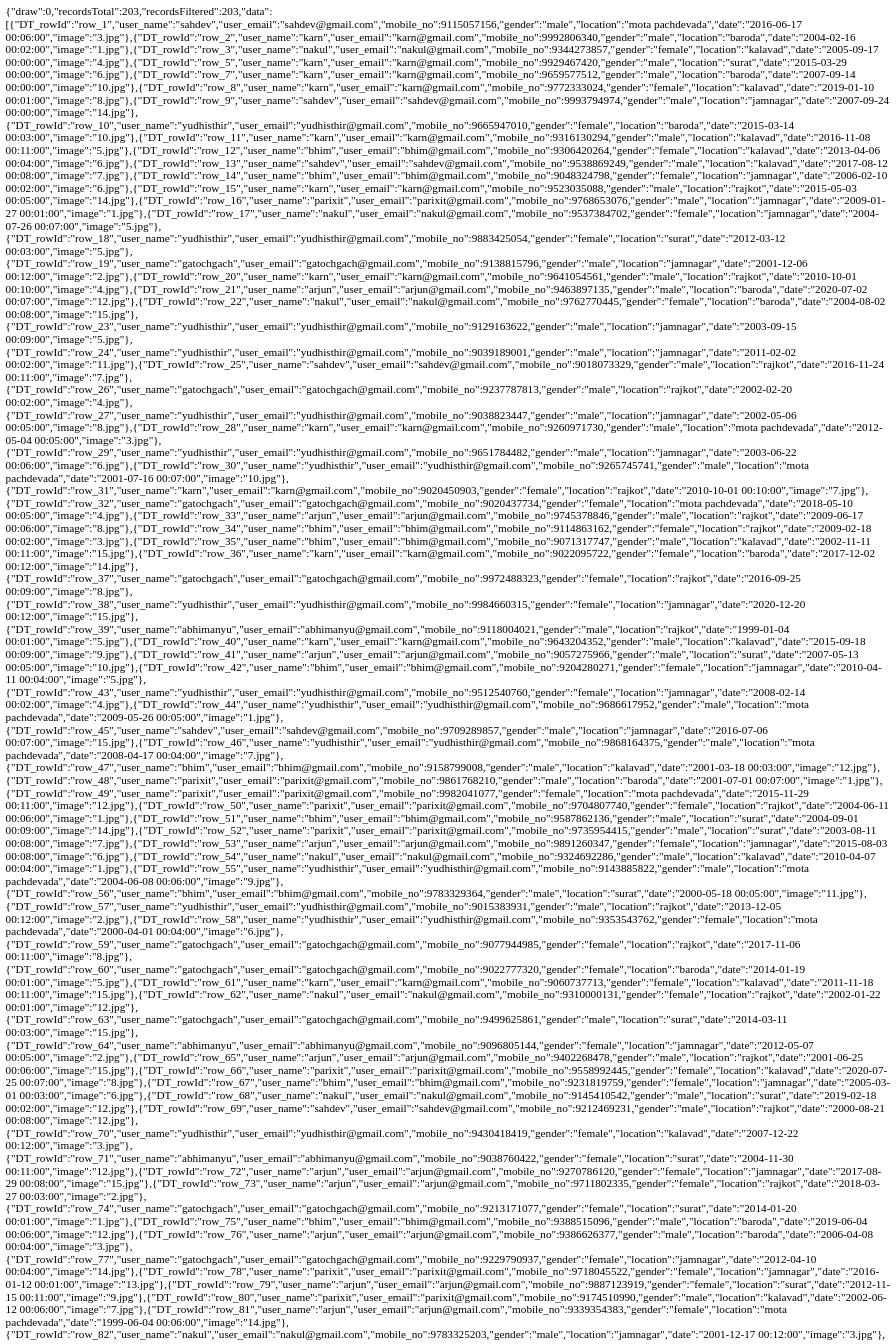
Repository: yatharth-vataliya/the-core-php-js
Page: http://localhost/get_users.php
The author's editor kept a copy of each file at every save. The page is drawn from the files as they stood at one save, then again after the next save.
The browser window is 1280 px wide. The pictures show the part of the page from y = 0 to 1920 px (the page is 4912 px tall before and 6280 px after), at 70% of full size.
The page is run by PHP 8.4 with error messages shown; the project is at /var/www/html/. The database holds what the project's SQL file puts in it.

Above is the page before, as saved 2020-12-26 16:23:52.

### get_users.php
<?php

/*require_once("db.php");

$st = $pdo->prepare("SELECT * FROM users_2");
$st->execute();
$users = $st->fetchAll(PDO::FETCH_OBJ);

$st = $pdo->prepare("SELECT * FROM users_2 LIMIT 10,10");
$st->execute();
$datas = $st->fetchAll(PDO::FETCH_OBJ);

$data = [];

foreach ($datas as $user) {
	$data[] = [
		$user->id,
		$user->user_name,
		$user->user_email,
		$user->mobile_no,
		$user->location,
		$user->date,
	];
}

echo json_encode([
	'draw' =>1,
	'recordsTotal' => count($users),
	'recordsFiltered' => 75,
	'data' => $data
]);
*/

?>

<?php

$table = 'users_2';

// Table's primary key
$primaryKey = 'id';

// Array of database columns which should be read and sent back to DataTables.
// The `db` parameter represents the column name in the database, while the `dt`
// parameter represents the DataTables column identifier. In this case simple
// indexes
$columns = array(
	[ 'db' => 'id', 'dt' => 'DT_rowId', 'formatter' => function($d,$row){ return 'row_'.$d; }],
	[ 'db' => 'user_name', 'dt' => 'user_name' ],
	[ 'db' => 'user_email',  'dt' => 'user_email' ],
	[ 'db' => 'mobile_no',   'dt' => 'mobile_no' ],
	[ 'db' => 'gender', 'dt' => 'gender'],
	[ 'db' => 'location',     'dt' => 'location' ],
	[ 'db' => 'date', 'dt' => 'date'],
	[ 'db' => 'image', 'dt' => 'image'],
);

// SQL server connection information
$sql_details = array(
	'user' => 'root',
	'pass' => 'rootroot',
	'db'   => 'practice',
	'host' => 'localhost'
);

require_once( 'ssp.php' );

echo json_encode(
	SSP::simple( $_GET, $sql_details, $table, $primaryKey, $columns )
);

?>

### practice.sql (the tables this page reads)
CREATE TABLE `users_2` (
  `id` int(11) NOT NULL,
  `user_name` varchar(100) NOT NULL,
  `user_email` varchar(120) NOT NULL,
  `mobile_no` bigint(13) NOT NULL,
  `gender` enum('female','male') NOT NULL DEFAULT 'female',
  `location` varchar(120) NOT NULL,
  `date` datetime NOT NULL,
  `image` text
) ENGINE=InnoDB DEFAULT CHARSET=utf8mb4;

INSERT INTO `users_2` (`id`, `user_name`, `user_email`, `mobile_no`, `gender`, `location`, `date`, `image`) VALUES
(1, 'sahdev', 'sahdev@gmail.com', 9115057156, 'male', 'mota pachdevada', '2016-06-17 00:06:00', '3.jpg'),
(2, 'karn', 'karn@gmail.com', 9992806340, 'male', 'baroda', '2004-02-16 00:02:00', '1.jpg'),
(3, 'nakul', 'nakul@gmail.com', 9344273857, 'female', 'kalavad', '2005-09-17 00:00:00', '4.jpg'),
(5, 'karn', 'karn@gmail.com', 9929467420, 'male', 'surat', '2015-03-29 00:00:00', '6.jpg'),
(7, 'karn', 'karn@gmail.com', 9659577512, 'male', 'baroda', '2007-09-14 00:00:00', '10.jpg'),
(8, 'karn', 'karn@gmail.com', 9772333024, 'female', 'kalavad', '2019-01-10 00:01:00', '8.jpg'),
(9, 'sahdev', 'sahdev@gmail.com', 9993794974, 'male', 'jamnagar', '2007-09-24 00:00:00', '14.jpg'),
(10, 'yudhisthir', 'yudhisthir@gmail.com', 9665947010, 'female', 'baroda', '2015-03-14 00:03:00', '10.jpg'),
(11, 'karn', 'karn@gmail.com', 9316130294, 'male', 'kalavad', '2016-11-08 00:11:00', '5.jpg'),
(12, 'bhim', 'bhim@gmail.com', 9306420264, 'female', 'kalavad', '2013-04-06 00:04:00', '6.jpg'),
(13, 'sahdev', 'sahdev@gmail.com', 9538869249, 'male', 'kalavad', '2017-08-12 00:08:00', '7.jpg'),
(14, 'bhim', 'bhim@gmail.com', 9048324798, 'female', 'jamnagar', '2006-02-10 00:02:00', '6.jpg'),
(15, 'karn', 'karn@gmail.com', 9523035088, 'male', 'rajkot', '2015-05-03 00:05:00', '14.jpg'),
(16, 'parixit', 'parixit@gmail.com', 9768653076, 'male', 'jamnagar', '2009-01-27 00:01:00', '1.jpg'),
(17, 'nakul', 'nakul@gmail.com', 9537384702, 'female', 'jamnagar', '2004-07-26 00:07:00', '5.jpg'),
(18, 'yudhisthir', 'yudhisthir@gmail.com', 9883425054, 'female', 'surat', '2012-03-12 00:03:00', '5.jpg'),
(19, 'gatochgach', 'gatochgach@gmail.com', 9138815796, 'male', 'jamnagar', '2001-12-06 00:12:00', '2.jpg'),
(20, 'karn', 'karn@gmail.com', 9641054561, 'male', 'rajkot', '2010-10-01 00:10:00', '4.jpg'),
(21, 'arjun', 'arjun@gmail.com', 9463897135, 'male', 'baroda', '2020-07-02 00:07:00', '12.jpg'),
(22, 'nakul', 'nakul@gmail.com', 9762770445, 'female', 'baroda', '2004-08-02 00:08:00', '15.jpg'),
(23, 'yudhisthir', 'yudhisthir@gmail.com', 9129163622, 'male', 'jamnagar', '2003-09-15 00:09:00', '5.jpg'),
(24, 'yudhisthir', 'yudhisthir@gmail.com', 9039189001, 'male', 'jamnagar', '2011-02-02 00:02:00', '11.jpg'),
(25, 'sahdev', 'sahdev@gmail.com', 9018073329, 'male', 'rajkot', '2016-11-24 00:11:00', '7.jpg'),
(26, 'gatochgach', 'gatochgach@gmail.com', 9237787813, 'male', 'rajkot', '2002-02-20 00:02:00', '4.jpg'),
(27, 'yudhisthir', 'yudhisthir@gmail.com', 9038823447, 'male', 'jamnagar', '2002-05-06 00:05:00', '8.jpg'),
(28, 'karn', 'karn@gmail.com', 9260971730, 'male', 'mota pachdevada', '2012-05-04 00:05:00', '3.jpg'),
(29, 'yudhisthir', 'yudhisthir@gmail.com', 9651784482, 'male', 'jamnagar', '2003-06-22 00:06:00', '6.jpg'),
(30, 'yudhisthir', 'yudhisthir@gmail.com', 9265745741, 'male', 'mota pachdevada', '2001-07-16 00:07:00', '10.jpg'),
(31, 'karn', 'karn@gmail.com', 9020450903, 'female', 'rajkot', '2010-10-01 00:10:00', '7.jpg'),
(32, 'gatochgach', 'gatochgach@gmail.com', 9020437734, 'female', 'mota pachdevada', '2018-05-10 00:05:00', '4.jpg'),
(33, 'arjun', 'arjun@gmail.com', 9745378846, 'male', 'rajkot', '2009-06-17 00:06:00', '8.jpg'),
(34, 'bhim', 'bhim@gmail.com', 9114863162, 'female', 'rajkot', '2009-02-18 00:02:00', '3.jpg'),
(35, 'bhim', 'bhim@gmail.com', 9071317747, 'male', 'kalavad', '2002-11-11 00:11:00', '15.jpg'),
(36, 'karn', 'karn@gmail.com', 9022095722, 'female', 'baroda', '2017-12-02 00:12:00', '14.jpg'),
(37, 'gatochgach', 'gatochgach@gmail.com', 9972488323, 'female', 'rajkot', '2016-09-25 00:09:00', '8.jpg'),
(38, 'yudhisthir', 'yudhisthir@gmail.com', 9984660315, 'female', 'jamnagar', '2020-12-20 00:12:00', '15.jpg'),
(39, 'abhimanyu', 'abhimanyu@gmail.com', 9118004021, 'male', 'rajkot', '1999-01-04 00:01:00', '5.jpg'),
(40, 'karn', 'karn@gmail.com', 9643204352, 'male', 'kalavad', '2015-09-18 00:09:00', '9.jpg'),
(41, 'arjun', 'arjun@gmail.com', 9057275966, 'male', 'surat', '2007-05-13 00:05:00', '10.jpg'),
(42, 'bhim', 'bhim@gmail.com', 9204280271, 'female', 'jamnagar', '2010-04-11 00:04:00', '5.jpg'),
(43, 'yudhisthir', 'yudhisthir@gmail.com', 9512540760, 'female', 'jamnagar', '2008-02-14 00:02:00', '4.jpg'),
(44, 'yudhisthir', 'yudhisthir@gmail.com', 9686617952, 'male', 'mota pachdevada', '2009-05-26 00:05:00', '1.jpg'),
(45, 'sahdev', 'sahdev@gmail.com', 9709289857, 'male', 'jamnagar', '2016-07-06 00:07:00', '15.jpg'),
(46, 'yudhisthir', 'yudhisthir@gmail.com', 9868164375, 'male', 'mota pachdevada', '2008-04-17 00:04:00', '7.jpg'),
(47, 'bhim', 'bhim@gmail.com', 9158799008, 'male', 'kalavad', '2001-03-18 00:03:00', '12.jpg'),
(48, 'parixit', 'parixit@gmail.com', 9861768210, 'male', 'baroda', '2001-07-01 00:07:00', '1.jpg'),
(49, 'parixit', 'parixit@gmail.com', 9982041077, 'female', 'mota pachdevada', '2015-11-29 00:11:00', '12.jpg'),
(50, 'parixit', 'parixit@gmail.com', 9704807740, 'female', 'rajkot', '2004-06-11 00:06:00', '1.jpg'),
(51, 'bhim', 'bhim@gmail.com', 9587862136, 'male', 'surat', '2004-09-01 00:09:00', '14.jpg'),
(52, 'parixit', 'parixit@gmail.com', 9735954415, 'male', 'surat', '2003-08-11 00:08:00', '7.jpg'),
(53, 'arjun', 'arjun@gmail.com', 9891260347, 'female', 'jamnagar', '2015-08-03 00:08:00', '6.jpg'),
(54, 'nakul', 'nakul@gmail.com', 9324692286, 'male', 'kalavad', '2010-04-07 00:04:00', '1.jpg'),
(55, 'yudhisthir', 'yudhisthir@gmail.com', 9143885822, 'male', 'mota pachdevada', '2004-06-08 00:06:00', '9.jpg'),
(56, 'bhim', 'bhim@gmail.com', 9783329364, 'male', 'surat', '2000-05-18 00:05:00', '11.jpg'),
(57, 'yudhisthir', 'yudhisthir@gmail.com', 9015383931, 'male', 'rajkot', '2013-12-05 00:12:00', '2.jpg'),
(58, 'yudhisthir', 'yudhisthir@gmail.com', 9353543762, 'female', 'mota pachdevada', '2000-04-01 00:04:00', '6.jpg'),
(59, 'gatochgach', 'gatochgach@gmail.com', 9077944985, 'female', 'rajkot', '2017-11-06 00:11:00', '8.jpg'),
(60, 'gatochgach', 'gatochgach@gmail.com', 9022777320, 'female', 'baroda', '2014-01-19 00:01:00', '5.jpg'),
(61, 'karn', 'karn@gmail.com', 9060737713, 'female', 'kalavad', '2011-11-18 00:11:00', '15.jpg'),
(62, 'nakul', 'nakul@gmail.com', 9310000131, 'female', 'rajkot', '2002-01-22 00:01:00', '12.jpg'),
(63, 'gatochgach', 'gatochgach@gmail.com', 9499625861, 'male', 'surat', '2014-03-11 00:03:00', '15.jpg'),
(64, 'abhimanyu', 'abhimanyu@gmail.com', 9096805144, 'female', 'jamnagar', '2012-05-07 00:05:00', '2.jpg'),
(65, 'arjun', 'arjun@gmail.com', 9402268478, 'male', 'rajkot', '2001-06-25 00:06:00', '15.jpg'),
(66, 'parixit', 'parixit@gmail.com', 9558992445, 'female', 'kalavad', '2020-07-25 00:07:00', '8.jpg'),
(67, 'bhim', 'bhim@gmail.com', 9231819759, 'female', 'jamnagar', '2005-03-01 00:03:00', '6.jpg'),
(68, 'nakul', 'nakul@gmail.com', 9145410542, 'male', 'surat', '2019-02-18 00:02:00', '12.jpg'),
(69, 'sahdev', 'sahdev@gmail.com', 9212469231, 'male', 'rajkot', '2000-08-21 00:08:00', '12.jpg'),
(70, 'yudhisthir', 'yudhisthir@gmail.com', 9430418419, 'female', 'kalavad', '2007-12-22 00:12:00', '3.jpg'),
(71, 'abhimanyu', 'abhimanyu@gmail.com', 9038760422, 'female', 'surat', '2004-11-30 00:11:00', '12.jpg'),
(72, 'arjun', 'arjun@gmail.com', 9270786120, 'female', 'jamnagar', '2017-08-29 00:08:00', '15.jpg'),
(73, 'arjun', 'arjun@gmail.com', 9711802335, 'female', 'rajkot', '2018-03-27 00:03:00', '2.jpg'),
(74, 'gatochgach', 'gatochgach@gmail.com', 9213171077, 'female', 'surat', '2014-01-20 00:01:00', '1.jpg'),
(75, 'bhim', 'bhim@gmail.com', 9388515096, 'male', 'baroda', '2019-06-04 00:06:00', '12.jpg'),
(76, 'arjun', 'arjun@gmail.com', 9386626377, 'male', 'baroda', '2006-04-08 00:04:00', '3.jpg'),
(77, 'gatochgach', 'gatochgach@gmail.com', 9229790937, 'female', 'jamnagar', '2012-04-10 00:04:00', '14.jpg'),
(78, 'parixit', 'parixit@gmail.com', 9718045522, 'female', 'jamnagar', '2016-01-12 00:01:00', '13.jpg'),
(79, 'arjun', 'arjun@gmail.com', 9887123919, 'female', 'surat', '2012-11-15 00:11:00', '9.jpg'),
(80, 'parixit', 'parixit@gmail.com', 9174510990, 'male', 'kalavad', '2002-06-12 00:06:00', '7.jpg'),
(81, 'arjun', 'arjun@gmail.com', 9339354383, 'female', 'mota pachdevada', '1999-06-04 00:06:00', '14.jpg'),
(82, 'nakul', 'nakul@gmail.com', 9783325203, 'male', 'jamnagar', '2001-12-17 00:12:00', '3.jpg'),
(83, 'parixit', 'parixit@gmail.com', 9386794283, 'male', 'mota pachdevada', '2016-06-13 00:06:00', '6.jpg'),
(84, 'nakul', 'nakul@gmail.com', 9861659132, 'female', 'surat', '2020-05-28 00:05:00', '4.jpg'),
(85, 'yudhisthir', 'yudhisthir@gmail.com', 9338953421, 'male', 'kalavad', '2006-06-02 00:06:00', '10.jpg'),
(86, 'yudhisthir', 'yudhisthir@gmail.com', 9866328201, 'female', 'surat', '2000-02-22 00:02:00', '8.jpg'),
(87, 'arjun', 'arjun@gmail.com', 9279521315, 'male', 'mota pachdevada', '2011-06-12 00:06:00', '11.jpg'),
(88, 'arjun', 'arjun@gmail.com', 9873685186, 'female', 'surat', '2015-10-01 00:10:00', '12.jpg'),
(89, 'sahdev', 'sahdev@gmail.com', 9585928414, 'male', 'surat', '2004-09-06 00:09:00', '11.jpg'),
(90, 'gatochgach', 'gatochgach@gmail.com', 9163403255, 'female', 'rajkot', '2009-04-07 00:04:00', '5.jpg'),
(91, 'bhim', 'bhim@gmail.com', 9132072435, 'female', 'baroda', '2017-11-19 00:11:00', '9.jpg'),
(92, 'arjun', 'arjun@gmail.com', 9332361055, 'male', 'rajkot', '2017-10-10 00:10:00', '15.jpg'),
(93, 'gatochgach', 'gatochgach@gmail.com', 9496170507, 'male', 'rajkot', '2016-01-11 00:01:00', '9.jpg'),
(94, 'sahdev', 'sahdev@gmail.com', 9256230907, 'female', 'baroda', '2003-11-17 00:11:00', '2.jpg'),
(95, 'karn', 'karn@gmail.com', 9538359375, 'male', 'mota pachdevada', '2012-02-13 00:02:00', '8.jpg'),
(96, 'yudhisthir', 'yudhisthir@gmail.com', 9432746121, 'female', 'mota pachdevada', '2005-10-12 00:10:00', '3.jpg'),
(97, 'parixit', 'parixit@gmail.com', 9497247627, 'female', 'surat', '2013-03-01 00:03:00', '5.jpg'),
(98, 'yudhisthir', 'yudhisthir@gmail.com', 9180906130, 'female', 'rajkot', '2018-11-10 00:11:00', '1.jpg'),
(99, 'gatochgach', 'gatochgach@gmail.com', 9902945870, 'male', 'rajkot', '2004-01-14 00:01:00', '3.jpg'),
(100, 'sahdev', 'sahdev@gmail.com', 9027382562, 'male', 'jamnagar', '2017-09-11 00:09:00', '15.jpg'),
(101, 'arjun', 'arjun@gmail.com', 9337038955, 'female', 'jamnagar', '2016-10-21 00:10:00', '5.jpg'),
(102, 'bhim', 'bhim@gmail.com', 9363987729, 'male', 'jamnagar', '2012-08-16 00:08:00', '6.jpg'),
(103, 'abhimanyu', 'abhimanyu@gmail.com', 9262634013, 'male', 'surat', '2019-09-26 00:09:00', '2.jpg'),
(104, 'abhimanyu', 'abhimanyu@gmail.com', 9518821840, 'male', 'surat', '2009-06-23 00:06:00', '5.jpg'),
(105, 'gatochgach', 'gatochgach@gmail.com', 9698635400, 'female', 'baroda', '2008-12-05 00:12:00', '13.jpg'),
(106, 'sahdev', 'sahdev@gmail.com', 9973561941, 'male', 'jamnagar', '2007-05-14 00:05:00', '5.jpg'),
(107, 'arjun', 'arjun@gmail.com', 9536190847, 'female', 'jamnagar', '2001-08-24 00:08:00', '5.jpg'),
(108, 'parixit', 'parixit@gmail.com', 9473090249, 'female', 'jamnagar', '1999-12-01 00:12:00', '9.jpg'),
(109, 'yudhisthir', 'yudhisthir@gmail.com', 9832856775, 'male', 'mota pachdevada', '2000-10-21 00:10:00', '13.jpg'),
(110, 'bhim', 'bhim@gmail.com', 9749605251, 'female', 'surat', '2002-04-05 00:04:00', '14.jpg'),
(111, 'sahdev', 'sahdev@gmail.com', 9037838229, 'male', 'baroda', '2020-06-19 00:06:00', '14.jpg'),
(112, 'nakul', 'nakul@gmail.com', 9486117460, 'male', 'jamnagar', '2011-08-03 00:08:00', '14.jpg'),
(113, 'nakul', 'nakul@gmail.com', 9624660911, 'female', 'mota pachdevada', '2006-09-29 00:09:00', '9.jpg'),
(114, 'sahdev', 'sahdev@gmail.com', 9798281459, 'male', 'rajkot', '2001-02-05 00:02:00', '6.jpg'),
(115, 'gatochgach', 'gatochgach@gmail.com', 9355552779, 'female', 'baroda', '1999-07-19 00:07:00', '4.jpg'),
(116, 'sahdev', 'sahdev@gmail.com', 9271026354, 'male', 'surat', '2015-03-10 00:03:00', '15.jpg'),
(117, 'arjun', 'arjun@gmail.com', 9366819230, 'female', 'rajkot', '2004-11-06 00:11:00', '2.jpg'),
(118, 'karn', 'karn@gmail.com', 9793608862, 'female', 'rajkot', '2003-06-10 00:06:00', '1.jpg'),
(119, 'yudhisthir', 'yudhisthir@gmail.com', 9957255778, 'female', 'surat', '2013-04-21 00:04:00', '3.jpg'),
(120, 'karn', 'karn@gmail.com', 9310542645, 'male', 'rajkot', '2013-12-01 00:12:00', '11.jpg'),
(121, 'gatochgach', 'gatochgach@gmail.com', 9097981116, 'male', 'jamnagar', '1999-03-07 00:03:00', '9.jpg'),
(122, 'karn', 'karn@gmail.com', 9757012489, 'male', 'mota pachdevada', '2001-11-13 00:11:00', '7.jpg'),
(123, 'abhimanyu', 'abhimanyu@gmail.com', 9816965519, 'female', 'mota pachdevada', '2011-04-18 00:04:00', '3.jpg'),
(124, 'gatochgach', 'gatochgach@gmail.com', 9175477213, 'male', 'kalavad', '2000-11-20 00:11:00', '14.jpg'),
(125, 'sahdev', 'sahdev@gmail.com', 9651442210, 'female', 'baroda', '2008-04-25 00:04:00', '7.jpg'),
(126, 'nakul', 'nakul@gmail.com', 9334333710, 'male', 'rajkot', '2007-05-08 00:05:00', '8.jpg'),
(127, 'abhimanyu', 'abhimanyu@gmail.com', 9529622882, 'male', 'mota pachdevada', '2006-05-19 00:05:00', '3.jpg'),
(128, 'nakul', 'nakul@gmail.com', 9365727763, 'male', 'kalavad', '2013-07-12 00:07:00', '8.jpg'),
(129, 'nakul', 'nakul@gmail.com', 9275783592, 'female', 'rajkot', '2017-01-09 00:01:00', '15.jpg'),
(130, 'bhim', 'bhim@gmail.com', 9434094752, 'male', 'surat', '2004-11-09 00:11:00', '5.jpg'),
(131, 'bhim', 'bhim@gmail.com', 9648474547, 'female', 'surat', '2019-02-11 00:02:00', '6.jpg'),
(132, 'bhim', 'bhim@gmail.com', 9002117943, 'male', 'rajkot', '2010-06-11 00:06:00', '1.jpg'),
(133, 'yudhisthir', 'yudhisthir@gmail.com', 9503039086, 'male', 'surat', '2010-11-16 00:11:00', '2.jpg'),
(134, 'karn', 'karn@gmail.com', 9911803794, 'female', 'baroda', '2012-11-28 00:11:00', '4.jpg'),
(135, 'karn', 'karn@gmail.com', 9348799571, 'male', 'baroda', '2008-02-18 00:02:00', '12.jpg'),
(136, 'bhim', 'bhim@gmail.com', 9954722027, 'male', 'kalavad', '2011-11-21 00:11:00', '12.jpg'),
(137, 'arjun', 'arjun@gmail.com', 9471003881, 'female', 'mota pachdevada', '2001-06-13 00:06:00', '15.jpg'),
(138, 'sahdev', 'sahdev@gmail.com', 9635136780, 'female', 'rajkot', '2005-02-23 00:02:00', '2.jpg'),
(139, 'nakul', 'nakul@gmail.com', 9930092869, 'female', 'surat', '2006-02-02 00:02:00', '6.jpg'),
(140, 'bhim', 'bhim@gmail.com', 9420822771, 'female', 'rajkot', '2011-11-21 00:11:00', '14.jpg'),
(141, 'gatochgach', 'gatochgach@gmail.com', 9952963007, 'female', 'jamnagar', '2004-03-25 00:03:00', '7.jpg'),
(142, 'gatochgach', 'gatochgach@gmail.com', 9458167258, 'female', 'surat', '1999-05-19 00:05:00', '12.jpg'),
(143, 'parixit', 'parixit@gmail.com', 9791237962, 'female', 'surat', '2005-07-12 00:07:00', '8.jpg'),
(144, 'sahdev', 'sahdev@gmail.com', 9957086058, 'male', 'jamnagar', '2002-04-23 00:04:00', '11.jpg'),
(145, 'karn', 'karn@gmail.com', 9906279759, 'male', 'baroda', '2010-02-27 00:02:00', '5.jpg'),
(146, 'parixit', 'parixit@gmail.com', 9751842882, 'male', 'mota pachdevada', '2019-09-03 00:09:00', '8.jpg'),
(147, 'abhimanyu', 'abhimanyu@gmail.com', 9001100314, 'male', 'kalavad', '2016-10-27 00:10:00', '8.jpg'),
(148, 'bhim', 'bhim@gmail.com', 9735438268, 'male', 'rajkot', '2019-11-21 00:11:00', '3.jpg'),
(149, 'gatochgach', 'gatochgach@gmail.com', 9576347760, 'male', 'rajkot', '2016-05-30 00:05:00', '6.jpg'),
(150, 'gatochgach', 'gatochgach@gmail.com', 9133969894, 'male', 'baroda', '2005-01-09 00:01:00', '11.jpg'),
(151, 'yudhisthir', 'yudhisthir@gmail.com', 9295759652, 'female', 'jamnagar', '2018-11-30 00:11:00', '7.jpg'),
(152, 'nakul', 'nakul@gmail.com', 9124497586, 'female', 'surat', '2003-11-25 00:11:00', '4.jpg'),
(153, 'yudhisthir', 'yudhisthir@gmail.com', 9403446845, 'male', 'surat', '2000-03-07 00:03:00', '5.jpg'),
(154, 'parixit', 'parixit@gmail.com', 9951090321, 'female', 'baroda', '2011-02-23 00:02:00', '7.jpg'),
(155, 'gatochgach', 'gatochgach@gmail.com', 9285516035, 'female', 'kalavad', '2010-08-30 00:08:00', '7.jpg'),
(156, 'sahdev', 'sahdev@gmail.com', 9545762052, 'male', 'jamnagar', '2018-11-09 00:11:00', '10.jpg'),
(157, 'karn', 'karn@gmail.com', 9602505857, 'female', 'kalavad', '2005-07-03 00:07:00', '14.jpg'),
(158, 'abhimanyu', 'abhimanyu@gmail.com', 9241481144, 'female', 'mota pachdevada', '2005-12-20 00:12:00', '4.jpg'),
(159, 'nakul', 'nakul@gmail.com', 9046445503, 'female', 'mota pachdevada', '2000-07-09 00:07:00', '3.jpg'),
(160, 'nakul', 'nakul@gmail.com', 9121933400, 'female', 'surat', '2002-05-08 00:05:00', '11.jpg'),
(161, 'parixit', 'parixit@gmail.com', 9897785471, 'female', 'mota pachdevada', '2012-10-22 00:10:00', '5.jpg'),
(162, 'abhimanyu', 'abhimanyu@gmail.com', 9306917452, 'female', 'jamnagar', '2002-03-22 00:03:00', '13.jpg'),
(163, 'parixit', 'parixit@gmail.com', 9585395625, 'male', 'kalavad', '2003-03-21 00:03:00', '9.jpg'),
(164, 'parixit', 'parixit@gmail.com', 9772524392, 'female', 'baroda', '2005-08-04 00:08:00', '10.jpg'),
(165, 'arjun', 'arjun@gmail.com', 9771720235, 'female', 'surat', '2005-01-08 00:01:00', '5.jpg'),
(166, 'sahdev', 'sahdev@gmail.com', 9027365274, 'male', 'rajkot', '2015-05-26 00:05:00', '1.jpg'),
(167, 'yudhisthir', 'yudhisthir@gmail.com', 9423439027, 'male', 'mota pachdevada', '2002-10-27 00:10:00', '10.jpg'),
(168, 'abhimanyu', 'abhimanyu@gmail.com', 9135687691, 'male', 'kalavad', '2009-11-06 00:11:00', '8.jpg'),
(169, 'arjun', 'arjun@gmail.com', 9608838204, 'male', 'rajkot', '2016-07-01 00:07:00', '1.jpg'),
(170, 'yudhisthir', 'yudhisthir@gmail.com', 9609687318, 'male', 'baroda', '2017-12-16 00:12:00', '3.jpg'),
(171, 'parixit', 'parixit@gmail.com', 9878817479, 'female', 'rajkot', '2008-09-19 00:09:00', '8.jpg'),
(172, 'nakul', 'nakul@gmail.com', 9543424588, 'female', 'kalavad', '2010-05-21 00:05:00', '9.jpg'),
(173, 'sahdev', 'sahdev@gmail.com', 9021166675, 'female', 'surat', '2000-06-05 00:06:00', '14.jpg'),
(174, 'bhim', 'bhim@gmail.com', 9384080964, 'male', 'mota pachdevada', '2012-08-15 00:08:00', '12.jpg'),
(175, 'parixit', 'parixit@gmail.com', 9474146678, 'male', 'rajkot', '2016-01-02 00:01:00', '14.jpg'),
(176, 'nakul', 'nakul@gmail.com', 9964545162, 'male', 'baroda', '2015-12-07 00:12:00', '10.jpg'),
(177, 'arjun', 'arjun@gmail.com', 9497063768, 'male', 'kalavad', '2009-10-29 00:10:00', '2.jpg'),
(178, 'abhimanyu', 'abhimanyu@gmail.com', 9851341734, 'male', 'baroda', '2004-08-15 00:08:00', '6.jpg'),
(179, 'yudhisthir', 'yudhisthir@gmail.com', 9316479217, 'female', 'kalavad', '2005-02-21 00:02:00', '11.jpg'),
(180, 'gatochgach', 'gatochgach@gmail.com', 9618751732, 'male', 'rajkot', '2016-10-15 00:10:00', '11.jpg'),
(181, 'abhimanyu', 'abhimanyu@gmail.com', 9139203624, 'male', 'baroda', '2016-09-08 00:09:00', '6.jpg'),
(182, 'nakul', 'nakul@gmail.com', 9382485497, 'female', 'mota pachdevada', '2000-04-21 00:04:00', '1.jpg'),
(183, 'nakul', 'nakul@gmail.com', 9317182129, 'male', 'mota pachdevada', '2008-06-19 00:06:00', '5.jpg'),
(184, 'sahdev', 'sahdev@gmail.com', 9681051139, 'female', 'baroda', '2006-11-11 00:11:00', '10.jpg'),
(185, 'nakul', 'nakul@gmail.com', 9889117852, 'female', 'mota pachdevada', '2003-06-05 00:06:00', '3.jpg'),
(186, 'abhimanyu', 'abhimanyu@gmail.com', 9233568388, 'male', 'mota pachdevada', '2015-08-31 00:08:00', '15.jpg'),
(187, 'parixit', 'parixit@gmail.com', 9589268952, 'female', 'kalavad', '2013-01-03 00:01:00', '10.jpg'),
(188, 'yudhisthir', 'yudhisthir@gmail.com', 9739448663, 'female', 'rajkot', '2018-05-21 00:05:00', '2.jpg'),
(189, 'nakul', 'nakul@gmail.com', 9894966456, 'female', 'mota pachdevada', '2006-08-23 00:08:00', '6.jpg'),
(190, 'nakul', 'nakul@gmail.com', 9183117418, 'female', 'rajkot', '2015-09-01 00:09:00', '1.jpg'),
(191, 'parixit', 'parixit@gmail.com', 9967547317, 'female', 'rajkot', '2000-10-08 00:10:00', '6.jpg'),
(192, 'parixit', 'parixit@gmail.com', 9702886611, 'male', 'surat', '2001-11-06 00:11:00', '11.jpg'),
(193, 'sahdev', 'sahdev@gmail.com', 9308456152, 'female', 'kalavad', '2020-03-17 00:03:00', '11.jpg'),
(194, 'bhim', 'bhim@gmail.com', 9456637004, 'female', 'mota pachdevada', '2019-10-16 00:10:00', '4.jpg'),
(195, 'nakul', 'nakul@gmail.com', 9830293429, 'male', 'kalavad', '2019-09-22 00:09:00', '12.jpg'),
(196, 'gatochgach', 'gatochgach@gmail.com', 9474081477, 'female', 'kalavad', '2019-05-07 00:05:00', '11.jpg'),
(197, 'abhimanyu', 'abhimanyu@gmail.com', 9004108474, 'male', 'baroda', '2018-02-14 00:02:00', '4.jpg'),
(198, 'gatochgach', 'gatochgach@gmail.com', 9468691094, 'female', 'baroda', '2005-08-10 00:08:00', '5.jpg'),
(199, 'sahdev', 'sahdev@gmail.com', 9562368055, 'male', 'mota pachdevada', '2000-03-02 00:03:00', '9.jpg'),
(200, 'bhim', 'bhim@gmail.com', 9048199308, 'male', 'kalavad', '2004-10-12 00:10:00', '6.jpg'),
(201, 'yudhisthir', 'yudhisthir@gmail.com', 9215044328, 'female', 'mota pachdevada', '2017-11-01 00:11:00', '5.jpg'),
(202, 'bhim', 'bhim@gmail.com', 9549952720, 'male', 'jamnagar', '2019-10-13 00:10:00', '1.jpg'),
(203, 'karn', 'karn@gmail.com', 9447260223, 'female', 'kalavad', '2018-10-31 00:10:00', '12.jpg'),
(204, 'sahdev', 'sahdev@gmail.com', 9678649195, 'male', 'kalavad', '2005-06-25 00:06:00', '6.jpg'),
(205, 'sahdev', 'sahdev@gmail.com', 9918984874, 'male', 'kalavad', '2008-08-27 00:08:00', '14.jpg');

ALTER TABLE `users_2`
  ADD PRIMARY KEY (`id`);

ALTER TABLE `users_2`
  MODIFY `id` int(11) NOT NULL AUTO_INCREMENT, AUTO_INCREMENT=206;

Loaded but not shown: ssp.php (546 lines, source omitted)

After the next save:
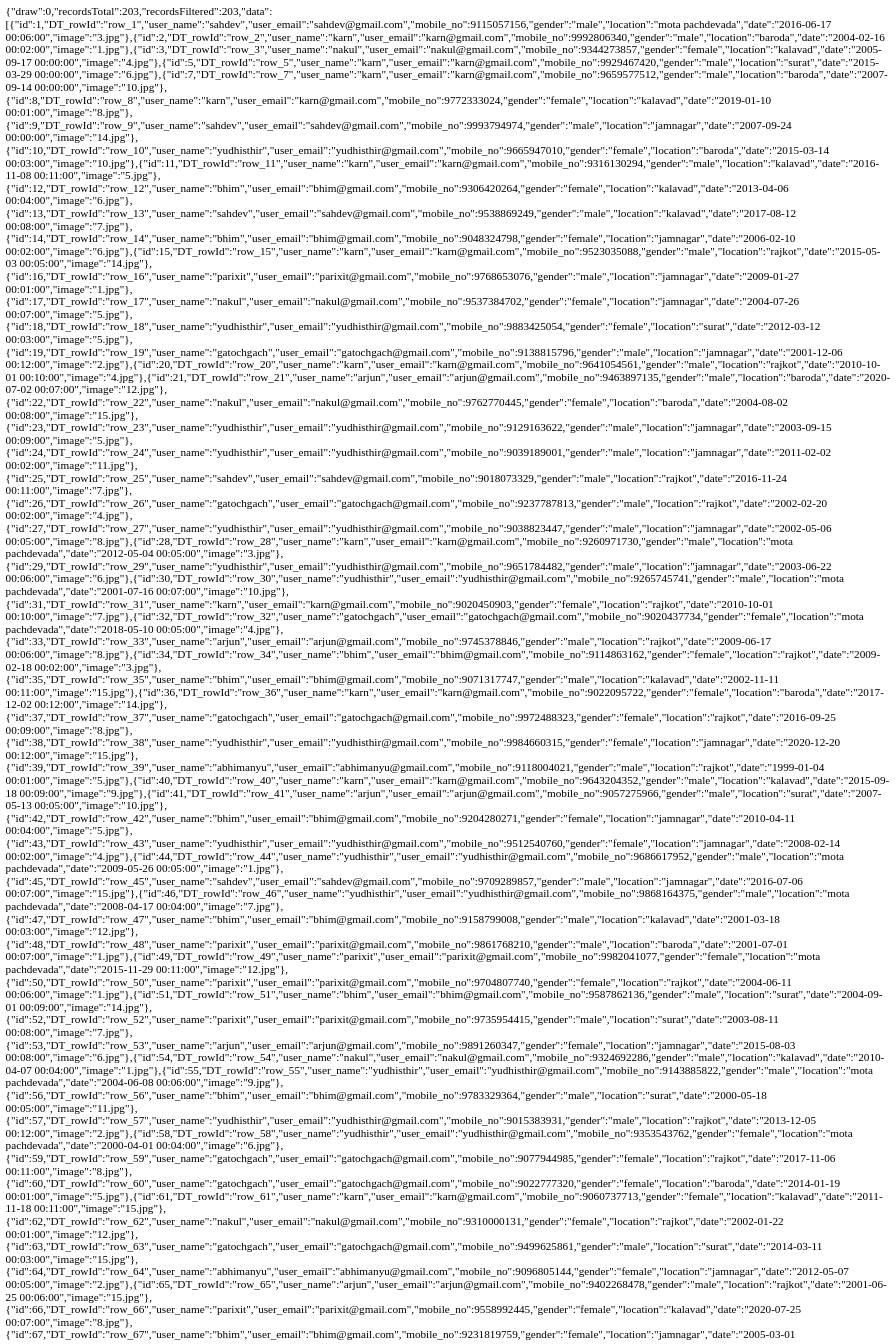
Saved 84 s later.
--- a/get_users.php
+++ b/get_users.php
@@ -45,6 +45,7 @@ $primaryKey = 'id';
 // parameter represents the DataTables column identifier. In this case simple
 // indexes
 $columns = array(
+	[ 'db' => 'id', 'dt' => 'id' ],
 	[ 'db' => 'id', 'dt' => 'DT_rowId', 'formatter' => function($d,$row){ return 'row_'.$d; }],
 	[ 'db' => 'user_name', 'dt' => 'user_name' ],
 	[ 'db' => 'user_email',  'dt' => 'user_email' ],
